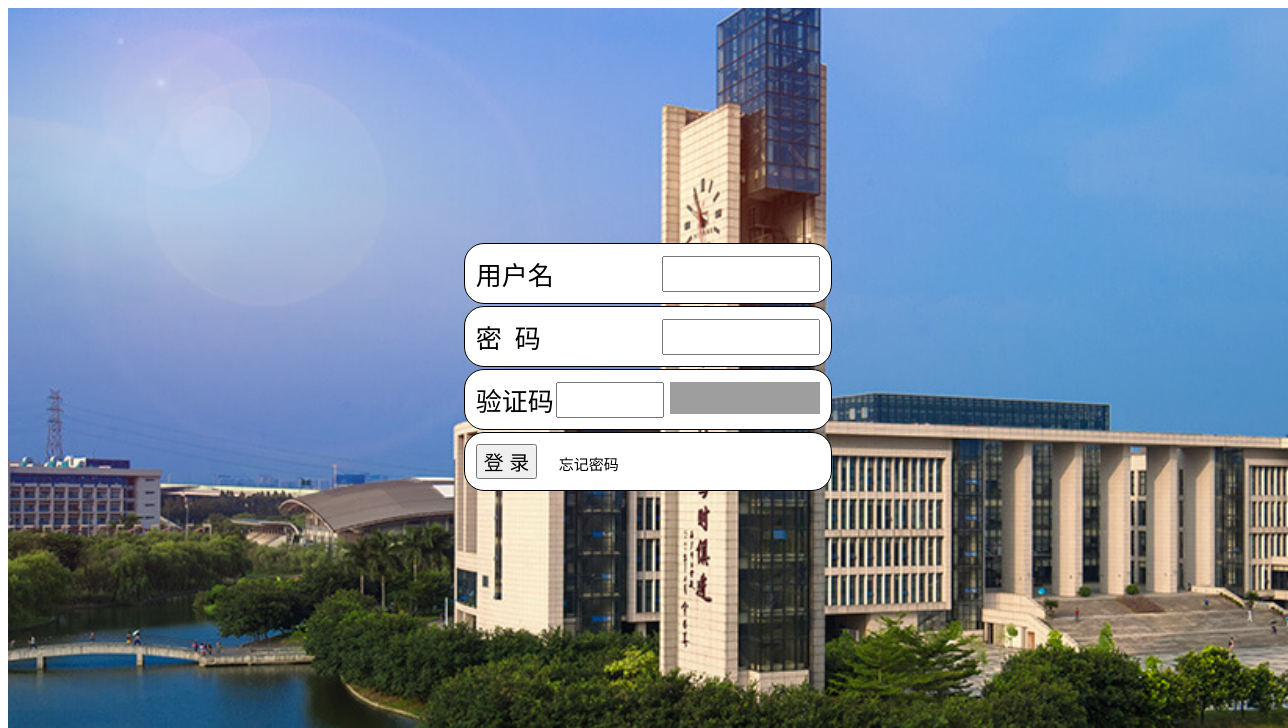
Repository: IAmJiangWenHao/ReportServer
Page: demo.html
These files come from the project's save history. The page is drawn as it stood at one moment and after the next save; the edit follows.
The browser window is 1280 px wide. The page is 1288 px wide, so the pictures cover 1288 px, including what lies to the right of the window. The pictures show the whole page.
Pictures or frames that could not be fetched are drawn as grey boxes.

Above is the page before, as saved 2023-05-16 12:13:33.

After the next save:
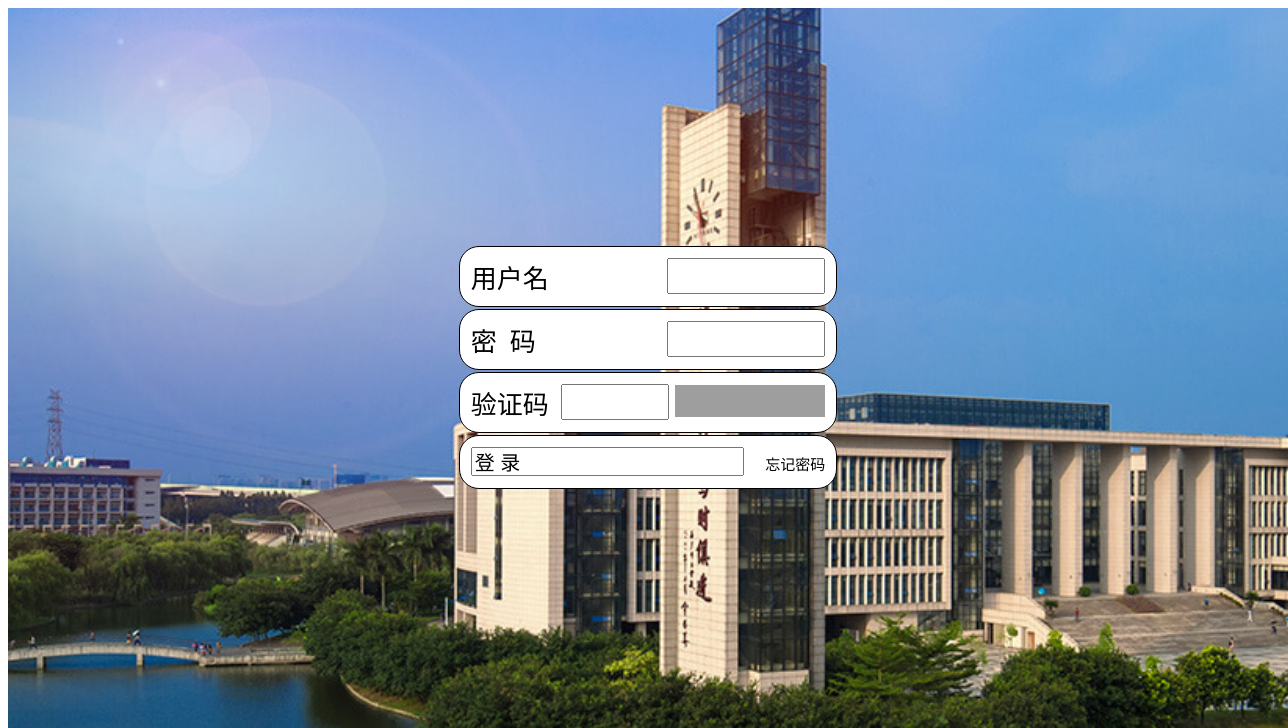
Saved 54 s later.
--- a/demo.html
+++ b/demo.html
@@ -45,6 +45,9 @@
     table tbody tr td a{
       color: #000;
       text-decoration:none;
+    }
+    table tbody tr td input{
+
     }
   </style>
 
@@ -111,7 +114,7 @@
           </td>
         </tr>
         <tr>
-          <td><input style="font-size:20px;" type="submit" value="登&nbsp;录">
+          <td><input style="font-size:20px;" value="登&nbsp;录">
             <font style="font-size:15px;">&nbsp;&nbsp;&nbsp;&nbsp;<a href="forgetPassword.jsp">忘记密码 </a> </font>
           </td>
         </tr>

After the save that followed:
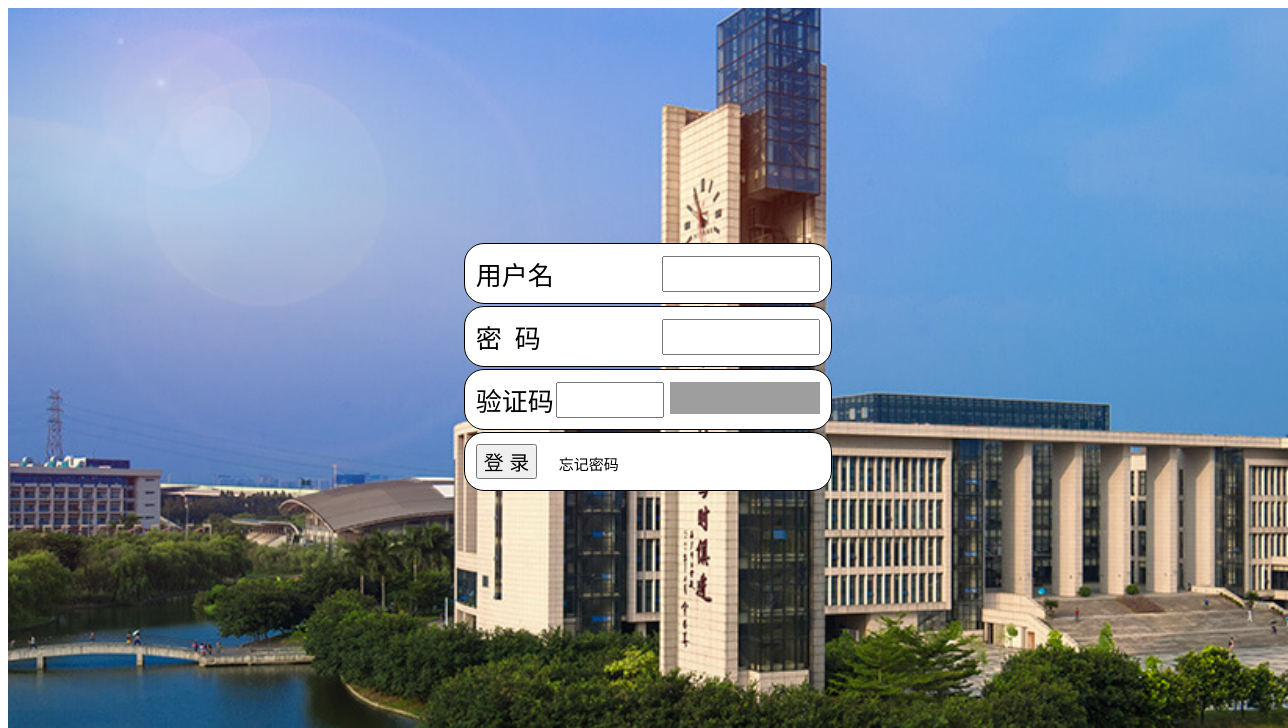
Saved 10 s later.
--- a/demo.html
+++ b/demo.html
@@ -114,7 +114,7 @@
           </td>
         </tr>
         <tr>
-          <td><input style="font-size:20px;" value="登&nbsp;录">
+          <td><input style="font-size:20px;" type="submit" value="登&nbsp;录">
             <font style="font-size:15px;">&nbsp;&nbsp;&nbsp;&nbsp;<a href="forgetPassword.jsp">忘记密码 </a> </font>
           </td>
         </tr>
